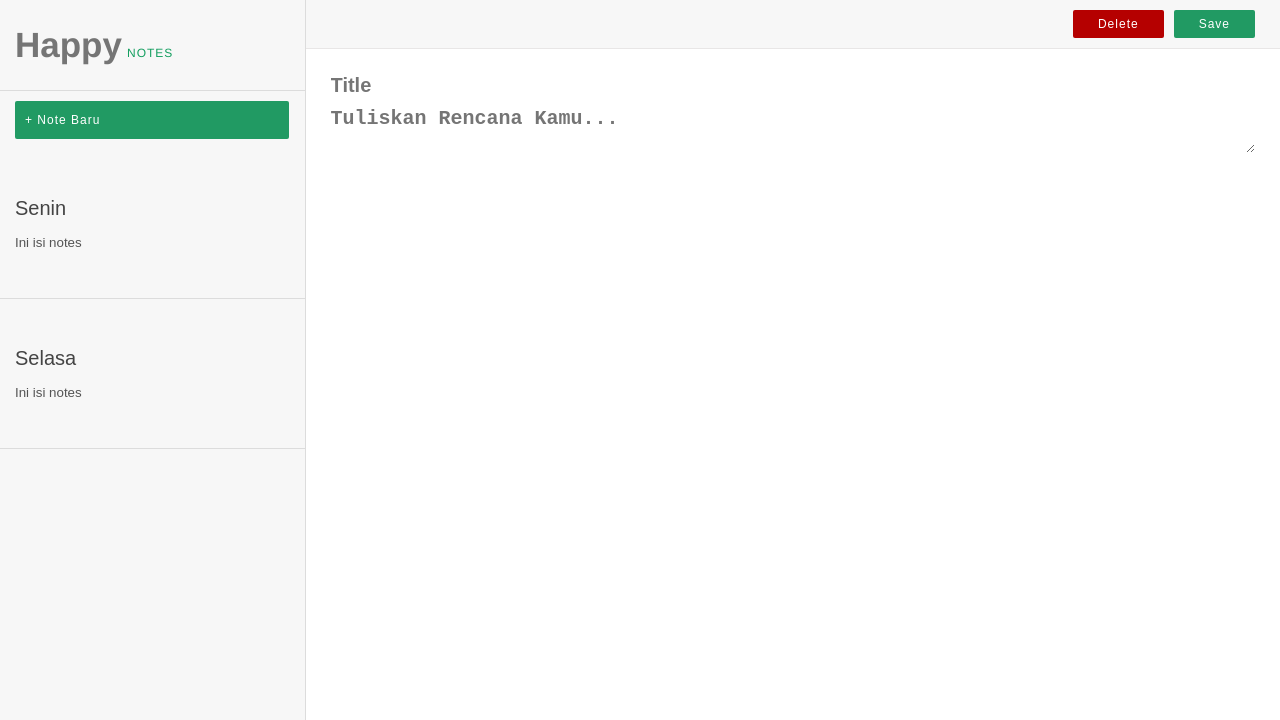
Repository: AdiPrimanto/notes-vue
Page: / (app in resources/)
The author's editor kept a copy of each file at every save. The page is drawn from the files as they stood at one save, then again after the next save.
The browser window is 1280 px wide. The pictures show the whole page.
The project was rebuilt for these pictures with package versions that can differ from the ones it lists, and the page was loaded fresh each time. Also part of the build but not shown: resources/vue.config.js.

Above is the page before, as saved 2020-02-22 19:03:20.

### resources/src/App.vue
<template>
  <div id="app">
    <!-- kiri -->
    <div class="kiri">
      <div class="logo">
        <a rel="stylesheet" href="https://google.com">
          <h2>Happy</h2>
          <span>Notes</span>
        </a>
      </div>
      <div class="frame-notes">
        <button @click="newNote" class="bg-success btn btn-new-note">
          + Note Baru
        </button>

        <ListNotes/>
      </div>
    </div>
    <!-- kanan -->
    <div class="kanan">
      <FormNotes :propSaveNote="saveNote" />

    </div>
  </div>
</template>

<script>
import ListNotes from './components/listNotes.vue'
import FormNotes from './components/formNotes.vue'

export default {
  name: 'App',
  components: {
    ListNotes,
    FormNotes
  },
  methods: {
    newNote() {

    },
    saveNote() {
      console.log("Hasil dari prop");
    }
  },
}
</script>

<style>
body{
     margin:0px;
     overflow:hidden;
}
#app {
     font-family: 'Avenir', Helvetica, Arial, sans-serif;
     color: #2c3e50;
     padding:0px;

     display:flex;
     width:100%;
}

.kiri{
     width: 400px;
     background: #f7f7f7;
     color: #616161;
}
.logo{
     padding: 25px 15px;
     border-bottom: 1px solid gainsboro;
}
.logo a{
     text-decoration:none;
}
.logo a h2{
     margin: 0px;
     display: inline;
     margin-right: 5px;
     font-size: 35px;
     text-transform: capitalize;
     color: #757575;
}
.logo a span{
     font-size: 12px;
     letter-spacing: 1px;
     text-transform: uppercase;
     color:#139e5f;
}
.frame-notes{
     overflow-y: scroll;
     overflow-x: hidden;
     height: 85vh;
}
.bg-success{
     background: #219a63;
     color: white;
     outline:none;
}
.bg-success:hover{
     background:#24b774;
     color: white;
}
.bg-danger{
     background:#b50000;
     color: white;
}
.bg-danger:hover{
     background:#c50000;
}
.btn{
     border: none;
     font-size: 12px;
     text-align: center;
     letter-spacing: 1px;
     cursor: pointer;
     border-radius: 2px;
     padding: 7px 25px;
     outline:none;
}
.btn-new-note{
     width: 90%;
     padding: 12px 10px;
     margin: 10px 15px;
     text-align: left !important;
}

.kanan{
     width: 100%;
     overflow-y: scroll;
     height: 100vh;
     border-left: 1px solid gainsboro;
}

/* width */
::-webkit-scrollbar {
  width: 5px;
}

/* Track */
::-webkit-scrollbar-track {
  background: #f7f7f7;
}

/* Handle */
::-webkit-scrollbar-thumb {
  background: #888;
}

/* Handle on hover */
::-webkit-scrollbar-thumb:hover {
  background: #555;
}
</style>

### resources/src/components/listNotes.vue
<template>
    <div class="listNotes">
        <ul>
            <li v-for="(row, index) in notes" :key="index">
                <button class="btn-note">
                    <label>{{ row.title }}</label>
                    <span>{{ row.description }}</span>
                </button>
                <!-- {{ row.title }} {{ index }} -->
            </li>
        </ul>
    </div>
</template>

<script>

export default {
    name: 'listNotes',
    data: function () {
        return {
            notes : [
                { title : 'Senin' , description : 'Ini isi notes' },
                { title : 'Selasa' , description : 'Ini isi notes' }
            ]
        }
    }
}
</script>

<style>
ul {
     list-style-type: none;
     padding: 0;
     margin:0px;
}
.btn-note {
     text-align: left;
     border: none;
     border-bottom: 1px solid gainsboro;
     padding: 0px 15px;
     cursor: pointer;
     outline: none;
     background: #f7f7f7;
     height: 150px;
     width: 100%;
}
.btn-note:hover {
     background:#eaeaea;
}
.btn-note label{
     display:block;
     color: #444444;
     font-size: 1.5em;
     margin-bottom: 15px;
}
.btn-note span{
    color: #545454;
}
</style>

### resources/src/components/formNotes.vue
<template>
    <div class="formNotes">
        <div class="menu">
            <button type="button" class="bg-danger btn btn-delete">Delete</button>
            <button type="submit" class="bg-success btn">Save</button>
        </div>
        <div class="content">
            <input type="text" class="text" placeholder="Title">
            <textarea class="text texarea" placeholder="Tuliskan Rencana Kamu..."></textarea>
        </div>
    </div>
</template>

<script>
export default {
    name: 'formNotes',
    props: {
        propSaveNote : {
            type: Function
        }
    },
    data: function () {

    }
}
</script>

<style>
.menu{
     background: #f7f7f7;
     padding:10px 25px;
     margin-bottom: 25px;
     text-align:right;
     border-bottom: 1px solid #e8e6e6;
}
.btn-delete{ margin-right:10px; }
.content{
     padding: 0px 25px;
}
.text{
     display: block;
     width: 100%;
     padding: 0px;
     font-size: 20px;
     font-weight: bold;
     color: #2c3e50;
     border: none;
     margin-bottom: 10px;
     box-sizing: border-box;
     outline: none;
}
.textarea{
     min-height: 350px;
     font-size: 15px;
     font-weight: lighter;
     line-height: 30px;
}
.loader{
     vertical-align: middle;
}
</style>

Loaded but not shown: resources/public/index.html (common file); resources/src/main.js (common file)

After the next save:
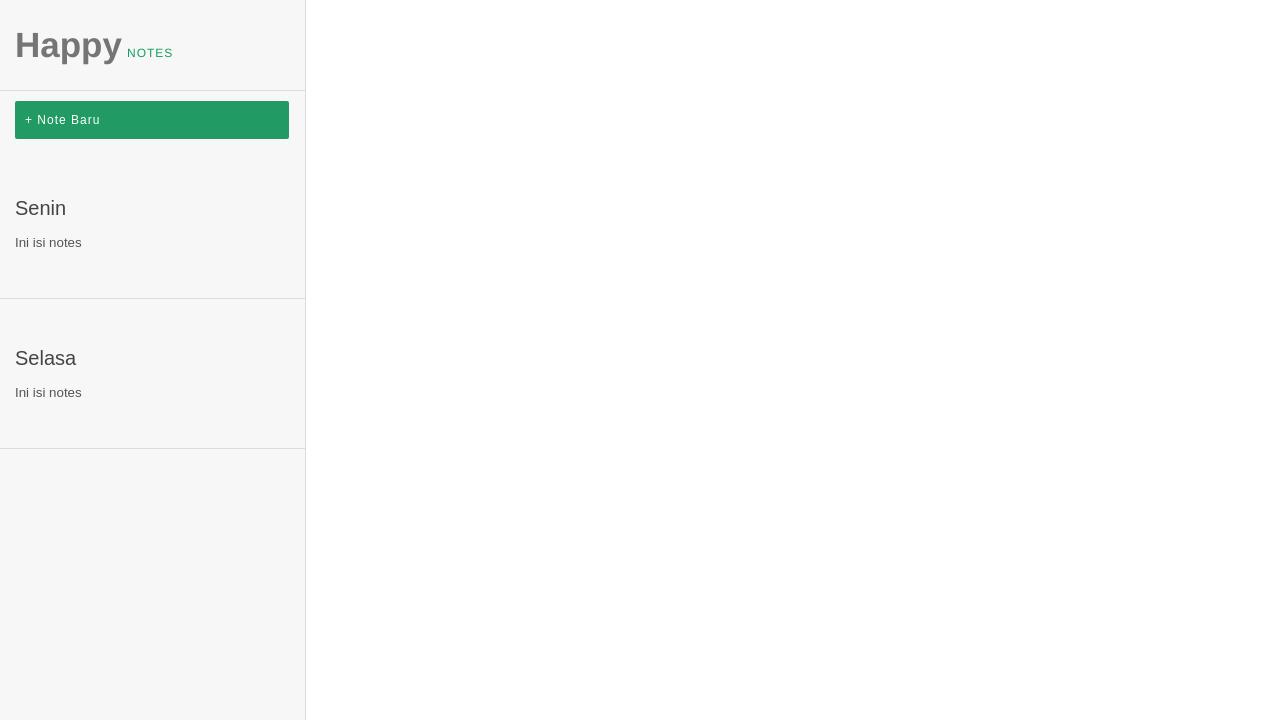
Saved 32 s later.
--- a/resources/src/components/formNotes.vue
+++ b/resources/src/components/formNotes.vue
@@ -1,5 +1,6 @@
 <template>
     <div class="formNotes">
+        <form @submit="submitNote"></form>
         <div class="menu">
             <button type="button" class="bg-danger btn btn-delete">Delete</button>
             <button type="submit" class="bg-success btn">Save</button>

After the 3 saves that followed:
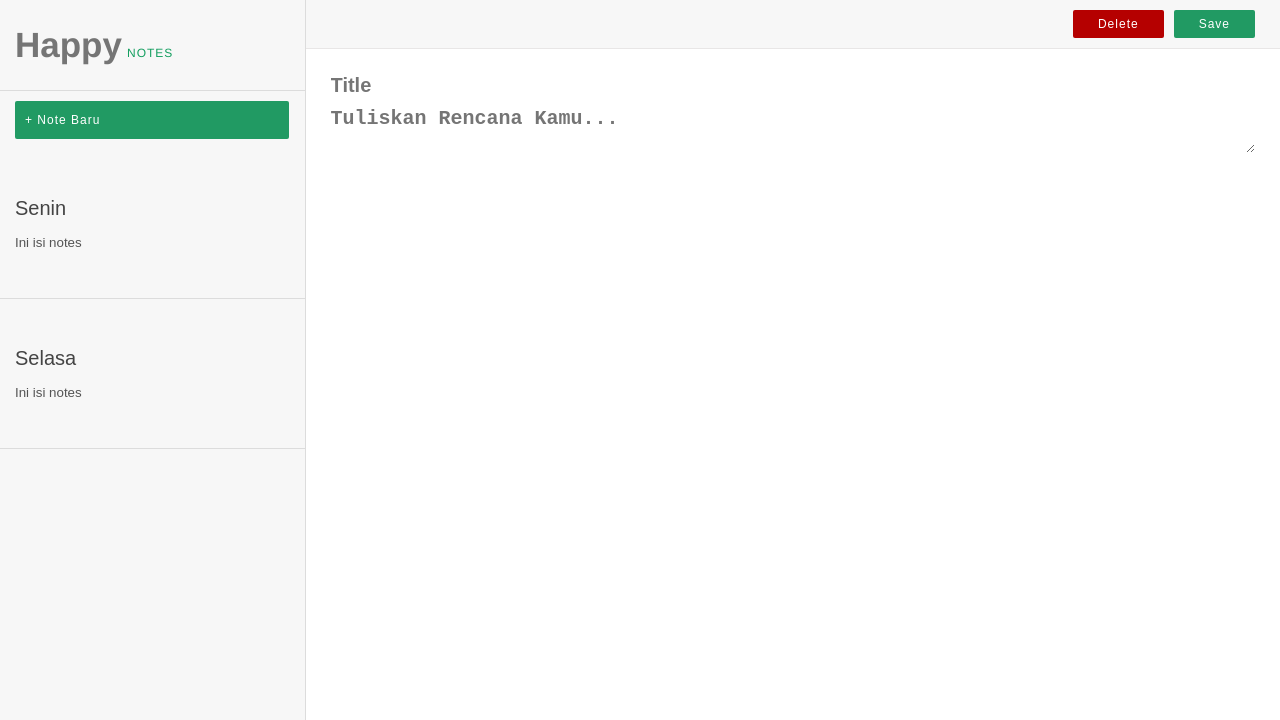
The 3 saves are shown as one change because 2 left the picture as it was.
The last was saved 43 s later.
--- a/resources/src/components/formNotes.vue
+++ b/resources/src/components/formNotes.vue
@@ -1,6 +1,6 @@
 <template>
     <div class="formNotes">
-        <form @submit="submitNote"></form>
+        <form @submit="submitNote">
         <div class="menu">
             <button type="button" class="bg-danger btn btn-delete">Delete</button>
             <button type="submit" class="bg-success btn">Save</button>
@@ -9,6 +9,7 @@
             <input type="text" class="text" placeholder="Title">
             <textarea class="text texarea" placeholder="Tuliskan Rencana Kamu..."></textarea>
         </div>
+        </form>
     </div>
 </template>
 
@@ -22,7 +23,12 @@
     },
     data: function () {
 
-    }
+    },
+    methods: {
+        submitNote() {
+
+        },
+    },
 }
 </script>
 
